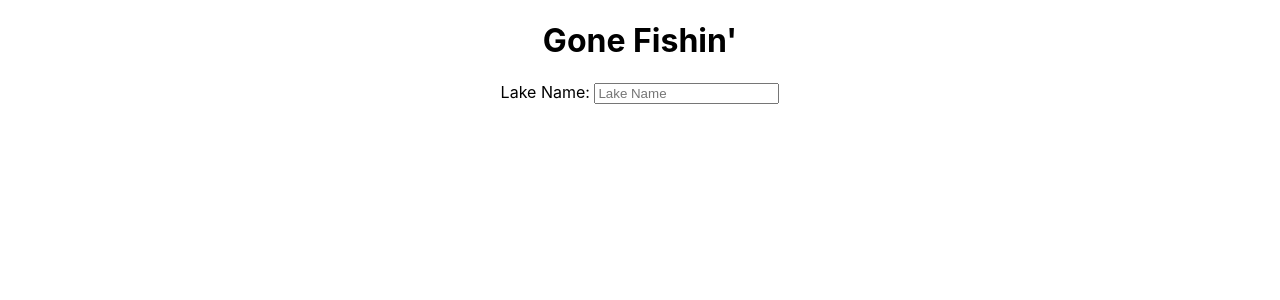
Repository: randysteele/gonefishin-frontend
Page: / (app in gone-fishin-frontend/)
These files come from the project's save history. The page is drawn as it stood at one moment and after the next save; the edit follows.
The browser window is 1280 px wide. The pictures show the whole page.
The page's requests for data from a server got no answer. The project was rebuilt for these pictures with package versions that can differ from the ones it lists, and the page was loaded fresh each time. No one was signed in, and anything a server would have sent is missing.

Above is the page before, as saved 2020-08-03 14:29:01.

After the next save:
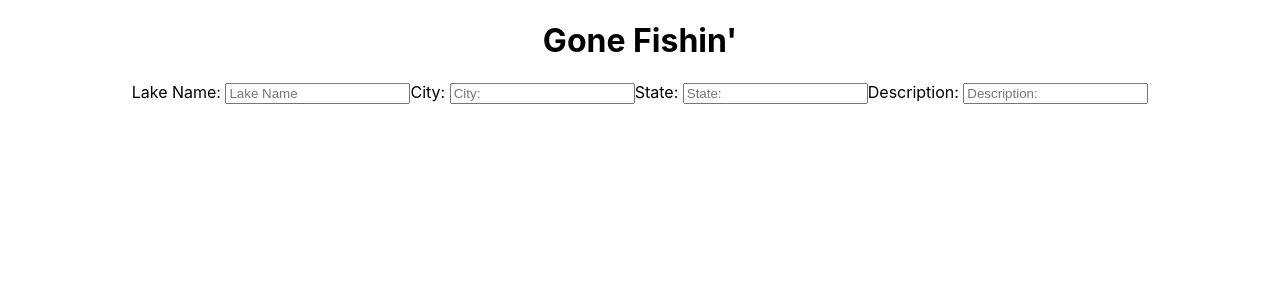
Saved 2 min 4 s later.
--- a/gone-fishin-frontend/src/components/DestinationsInput.js
+++ b/gone-fishin-frontend/src/components/DestinationsInput.js
@@ -9,13 +9,14 @@ class DestinationsInput extends React.Component {
             <div>
                 <form >
                 <label>Lake Name: </label>
-                    <input type="text" placeholder="Lake Name">
-
-
-
-                    </input>
-
-
+                <input type="text" placeholder="Lake Name"></input>
+                <label>City: </label>
+                <input type="text" placeholder="City: "></input>
+                <label>State: </label>
+                <input type="text" placeholder="State: "></input>
+                <label>Description: </label>
+                <input type="text" placeholder="Description: ">
+                </input>
                 </form>
             </div>
 
